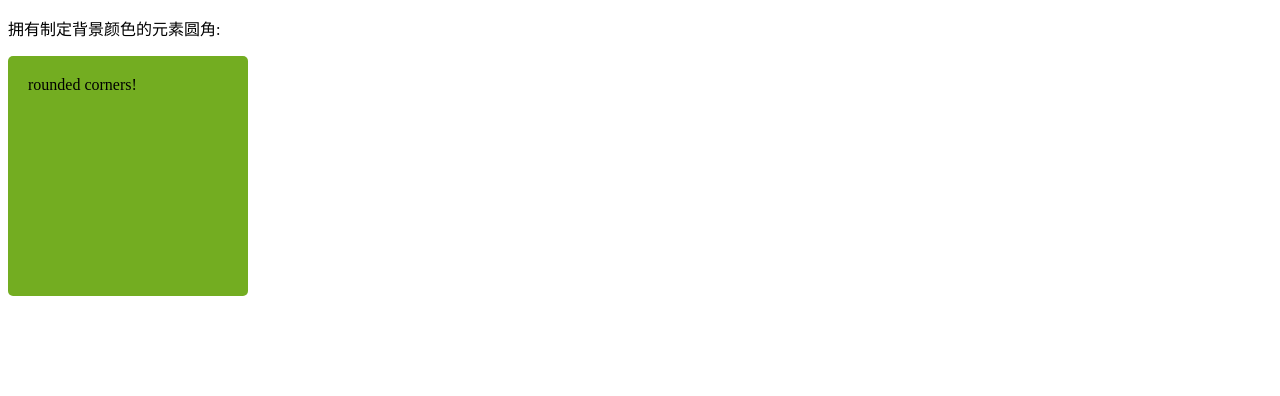
Repository: F000top/ele
Page: MyNote/border-radius 属性.html
The author's editor kept a copy of each file at every save. The page is drawn from the files as they stood at one save, then again after the next save.
The browser window is 1280 px wide. The pictures show the whole page.

Above is the page before, as saved 2022-06-07 23:58:58.

### MyNote/border-radius 属性.html
<!DOCTYPE html>
<html lang="en">
<head>
    <meta charset="UTF-8">
    <meta http-equiv="X-UA-Compatible" content="IE=edge">
    <meta name="viewport" content="width=device-width, initial-scale=1.0">
    <title>圆角</title>
</head>
<body>

    <style>
        #r1{
            border-radius: 5px;
            background:#73AD21;
            padding: 20px;
            width: 200px;
            height: 200px;
        }

    </style>

<p>拥有制定背景颜色的元素圆角:</p>
<p id="r1">rounded corners!</p>

<h1></h1>


</body>
</html>

After the next save:
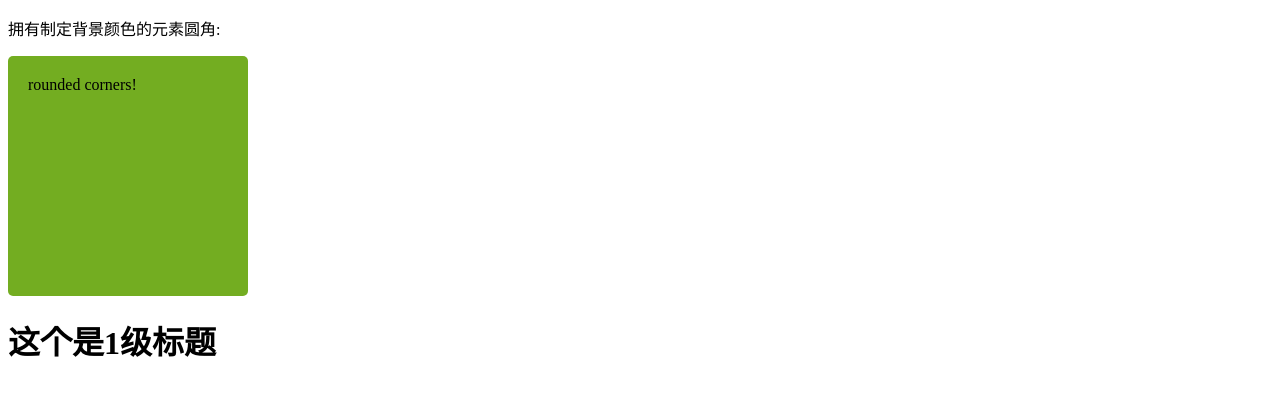
Saved 8 s later.
--- a/MyNote/border-radius 属性.html
+++ b/MyNote/border-radius 属性.html
@@ -22,7 +22,7 @@
 <p>拥有制定背景颜色的元素圆角:</p>
 <p id="r1">rounded corners!</p>
 
-<h1></h1>
+<h1>这个是1级标题</h1>
 
 
 </body>
